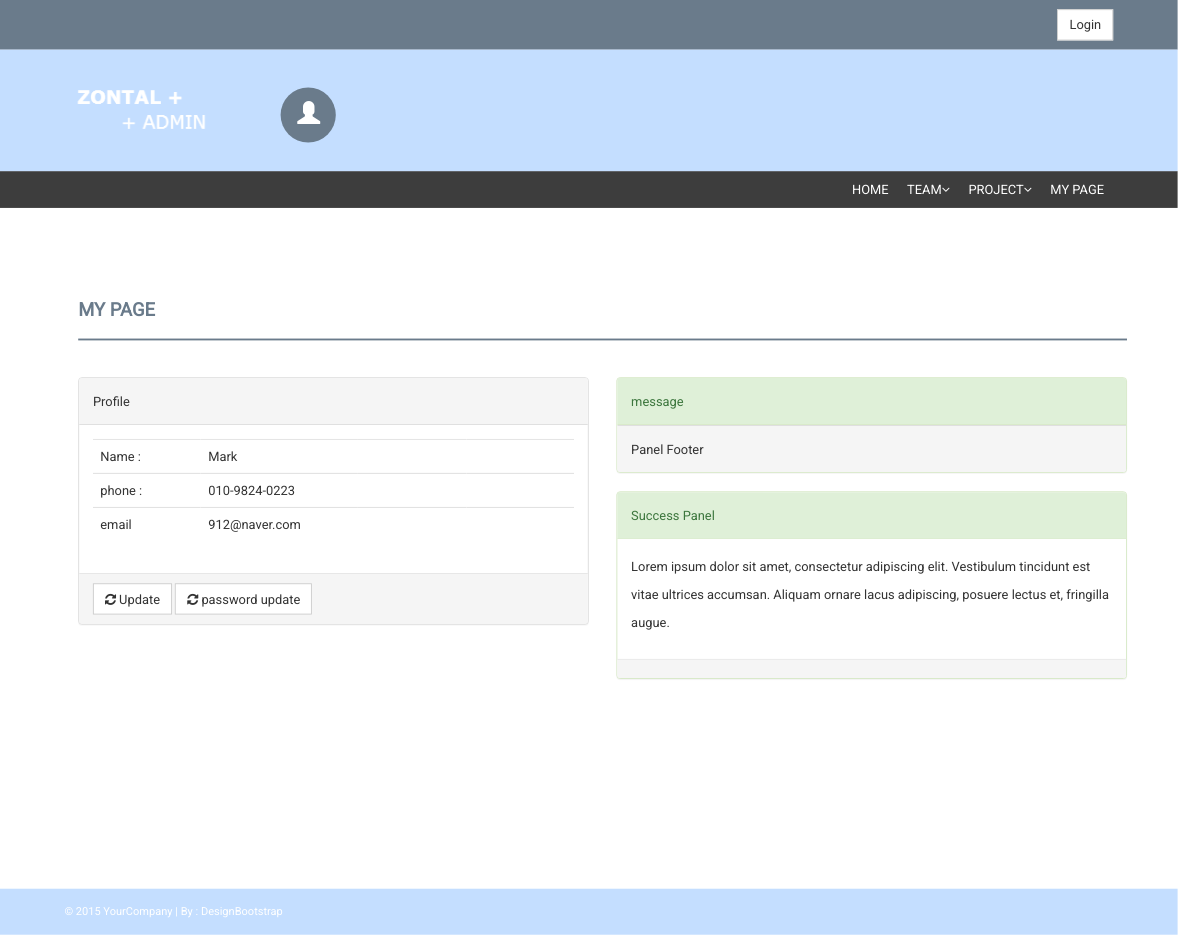
Repository: hwju91/skuniv
Page: http://localhost/0903.2/WEB-INF/jsp/mypage.jsp
An editor plug-in stored every save of this project. The page is shown before and after the next save, followed by the edit.
The browser window is 1280 px wide. The pictures show the whole page, at 92% of full size.
The page is served by Tomcat 9. Nobody is signed in. The template is opened directly, without the code that normally fills it, so the values that code supplies are empty.

Above is the page before, as saved 2016-09-06 10:28:28.

After the next save:
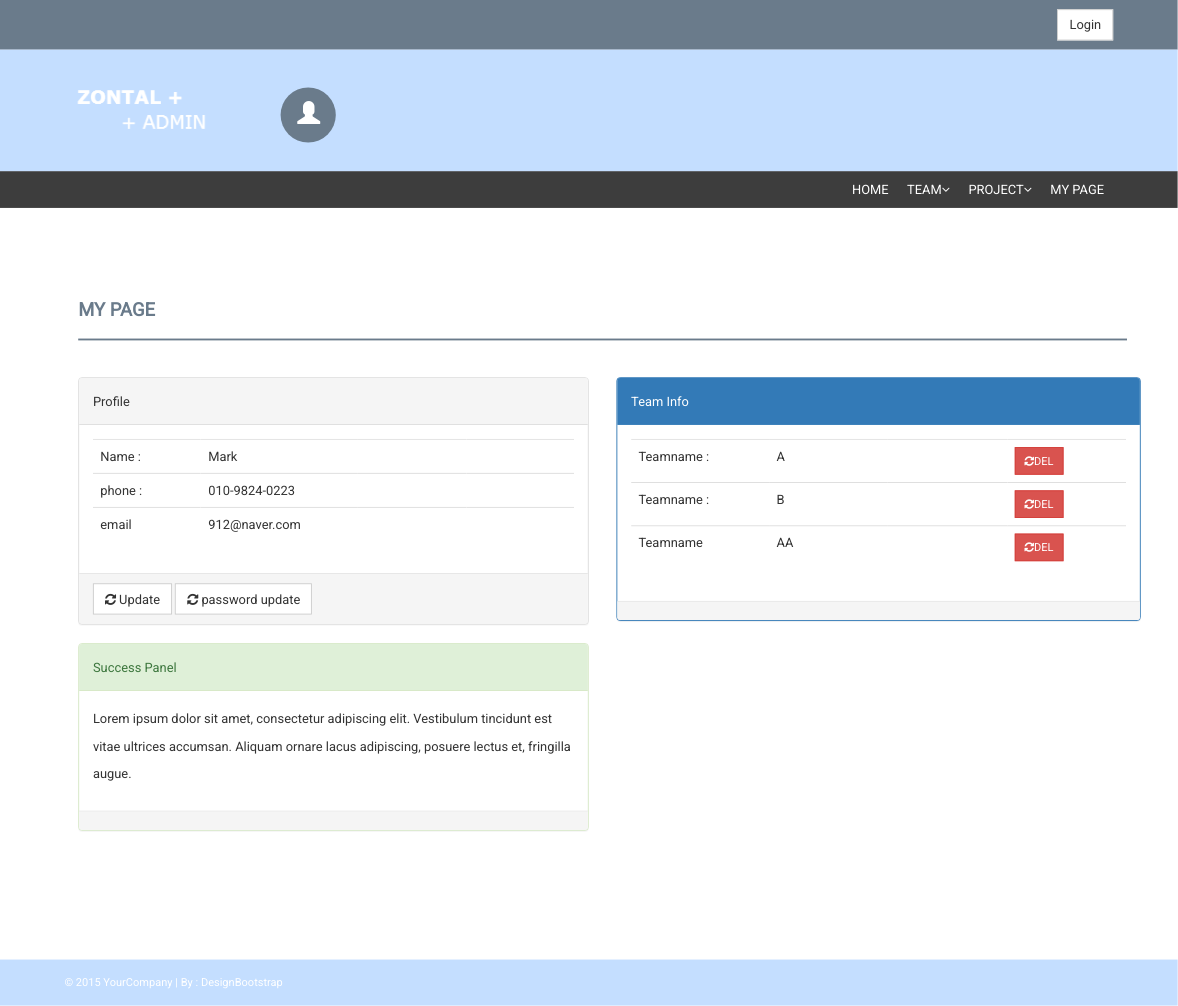
Saved 22 s later.
--- a/0903.2/WebContent/WEB-INF/jsp/mypage.jsp
+++ b/0903.2/WebContent/WEB-INF/jsp/mypage.jsp
@@ -65,7 +65,7 @@
                     </div>
 
                 </div>
-               <!--  <div class="row">
+                <div class="row">
                 <div class="col-md-6 col-sm-6">
                     <div class="panel panel-primary">
                         <div class="panel-heading">
@@ -75,12 +75,12 @@
                             <div class="table-responsive">
                                 <table class="table">
                                     <thead>
-                                        <tr>
+                                        <!-- <tr>
                                             <th>#</th>
                                             <th>First Name</th>
                                             <th>Last Name</th>
                                             <th>Username</th>
-                                        </tr>
+                                        </tr> -->
                                     </thead>
                                     <tbody>
                                         <tr>
@@ -110,8 +110,8 @@
                         </div>
                     </div>
                 </div>
-                </div> -->
-                <div class="col-md-6 col-sm-6">
+                </div>
+               <!--  <div class="col-md-6 col-sm-6">
                     <div class="panel panel-success">
                         <div class="panel-heading">
                             message
@@ -121,7 +121,7 @@
                             Panel Footer
                         </div>
                     </div>
-                </div>
+                </div> -->
 
                  <div class="col-md-6 col-sm-6">
                     <div class="panel panel-success">
